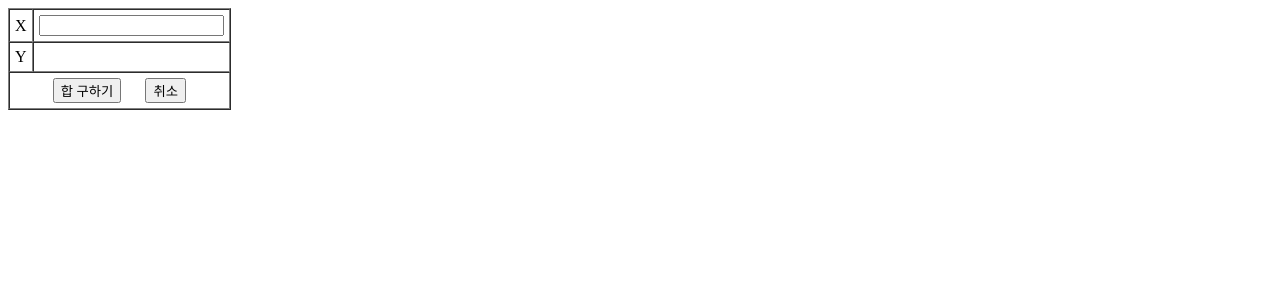
Repository: dahye1013/java-basic-learning
Page: http://localhost/memberJSP/input.jsp
The author's editor kept a copy of each file at every save. The page is drawn from the files as they stood at one save, then again after the next save.
The browser window is 1280 px wide. The pictures show the whole page.
The page is served by Tomcat 9. Other server files are loaded and not shown.

Above is the page before, as saved 2020-06-08 07:22:10.

### memberJSP/WebContent/input.jsp
<%@ page language="java" contentType="text/html; charset=UTF-8"
	pageEncoding="UTF-8"%>
<html>
<head>
<meta charset="EUC-KR">
<title>Insert title here</title>
</head>
<body>
	<form>
		<table border="1" cellspacing="0" cellpadding="5">
			<tr>
				<td>X</td>
				<td><input type="text" name="x"></td>
			</tr>
			<tr>
				<td>Y</td>
				<td></td>
			</tr>
			<tr>
			<td colspan="2" align="center">
				<input type="button" value="합 구하기" onclick="checkWriteForm()"> &emsp;
			    <input type="reset" value="취소">
			</tr>



		</table>
	</form>
</body>
</html>

After the next save:
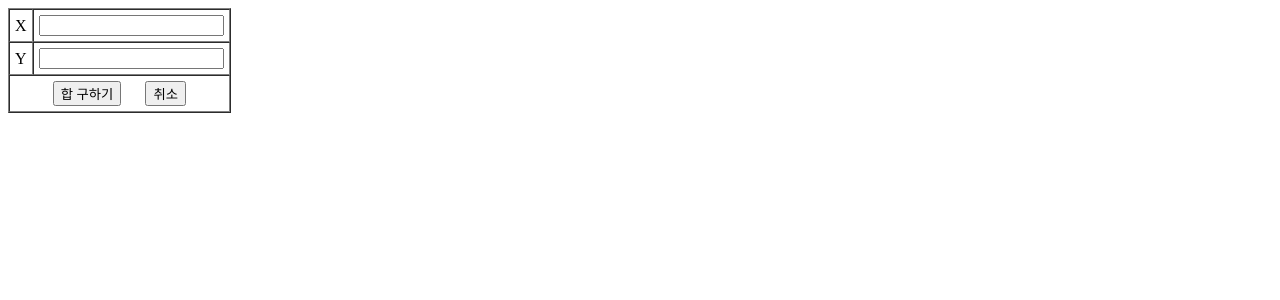
Saved 9 s later.
--- a/memberJSP/WebContent/input.jsp
+++ b/memberJSP/WebContent/input.jsp
@@ -14,7 +14,7 @@
 			</tr>
 			<tr>
 				<td>Y</td>
-				<td></td>
+				<td><input type="text" name="y"></td>
 			</tr>
 			<tr>
 			<td colspan="2" align="center">
